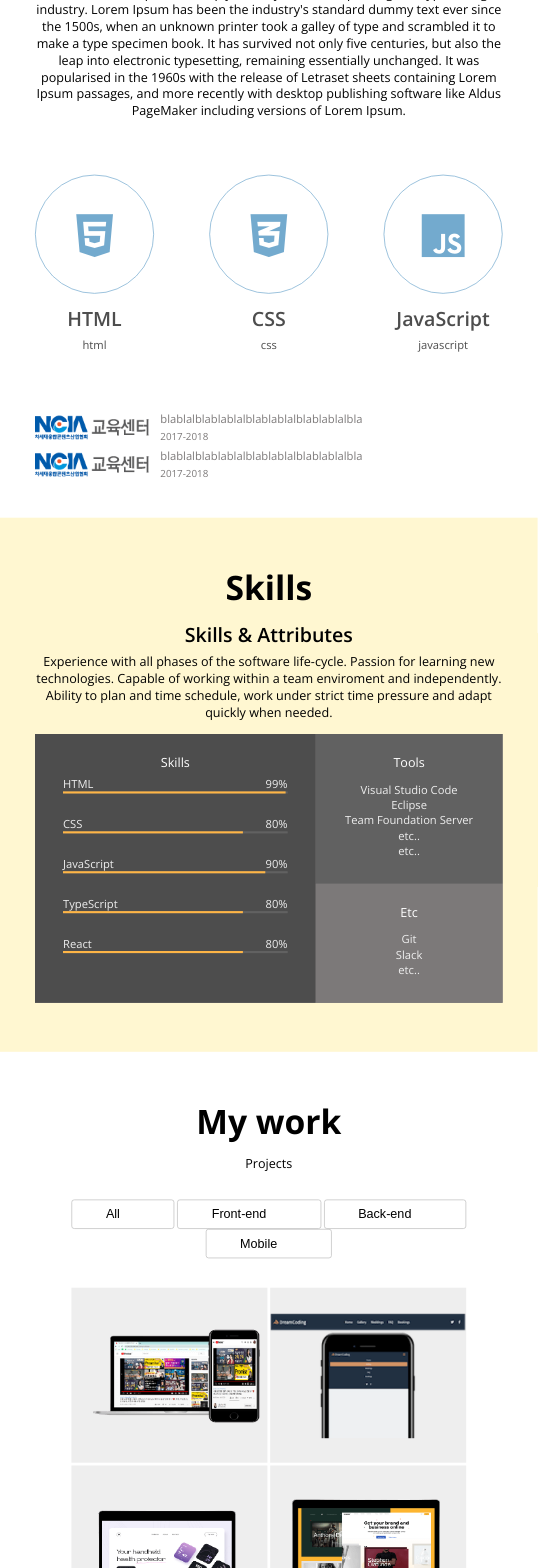
Repository: dhchun1203/Portfolio
Page: index.html
The author's editor kept a copy of each file at every save. The page is drawn from the files as they stood at one save, then again after the next save.
The browser window is 768 px wide. The pictures show the part of the page from y = 911 to 3151 px (the page is 5084 px tall before and 5592 px after), at 70% of full size.
Some web libraries are served in a nearby version.

Above is the page before, as saved 2020-12-08 23:12:57.

### index.html
<!DOCTYPE html>
<html lang="en">
	<head>
		<meta charset="UTF-8" />
		<meta name="viewport" content="width=device-width, initial-scale=1.0" />
		<title>Hwan's Portfolio</title>
		<meta
			name="description"
			content="portfolio for world-renowned software engineer Hwan"
		/>
		<meta name="author" content="Hwan" />
		<link rel="icon" type="image/png" href="imgs/favicon.png" />
		<script
			src="https://kit.fontawesome.com/8b98a99811.js"
			crossorigin="anonymous"
		></script>
		<link rel="preconnect" href="https://fonts.gstatic.com" />
		<link
			href="https://fonts.googleapis.com/css2?family=Open+Sans:wght@400;600;700&display=swap"
			rel="stylesheet"
		/>
		<link rel="stylesheet" href="style.css" />
		<script src="main.js" defer></script>
	</head>
	<body>
		<!-- Navbar -->
		<nav id="navbar">
			<div class="navbar__logo">
				<i class="fab fa-diaspora"></i>
				<a href="#">Hwan</a>
			</div>
			<div class="navbar__menu">
				<ul class="navbar__menu">
					<li class="navbar__menu__item active">Home</li>
					<li class="navbar__menu__item">About</li>
					<li class="navbar__menu__item">Skills</li>
					<li class="navbar__menu__item">My work</li>
					<li class="navbar__menu__item">Testimonials</li>
					<li class="navbar__menu__item">Contact</li>
				</ul>
			</div>
			<!-- Toggle button -->
			<button class="navbar__toggle-btn">
				<i class="fas fa-bars"></i>
			</button>
		</nav>
		<!-- Home -->
		<section id="home">
			<img class="home__avatar" src="imgs/profile.jpg" alt="profile" />

			<h1 class="home__title">Hello, <br />Let me introduce myself!</h1>

			<h2 class="home__description">
				A frontend Developer currently residing in Yongin, South Korea.
			</h2>
			<button class="home__contact">CONTACT ME</button>
		</section>
		<!-- About -->
		<section id="about" class="section section__container">
			<h1>About me</h1>
			<p>
				자기소개 Lorem Ipsum is simply dummy text of the printing and
				typesetting industry. Lorem Ipsum has been the industry's standard dummy
				text ever since the 1500s, when an unknown printer took a galley of type
				and scrambled it to make a type specimen book. It has survived not only
				five centuries, but also the leap into electronic typesetting, remaining
				essentially unchanged. It was popularised in the 1960s with the release
				of Letraset sheets containing Lorem Ipsum passages, and more recently
				with desktop publishing software like Aldus PageMaker including versions
				of Lorem Ipsum.
			</p>
			<div class="about__majors">
				<div class="major">
					<div class="major__icon"><i class="fab fa-html5"></i></div>
					<h2 class="major__title">HTML</h2>
					<div class="major__description">html</div>
				</div>
				<div class="major">
					<div class="major__icon"><i class="fab fa-css3-alt"></i></div>
					<h2 class="major__title">CSS</h2>
					<div class="major__description">css</div>
				</div>
				<div class="major">
					<div class="major__icon"><i class="fab fa-js"></i></div>
					<h2 class="major__title">JavaScript</h2>
					<div class="major__description">javascript</div>
				</div>
			</div>
			<!-- <div class="about__spec">
				<div class="about__spec__item">
					<img src="" alt="HtmlImage" />
					<h3>HTML</h3>
					<p>html</p>
				</div>
				<div class="about__spec__item">
					<img src="" alt="CssImage" />
					<h3>CSS</h3>
					<p>css</p>
				</div>
				<div class="about__spec__item">
					<img src="" alt="JavaScriptImage" />
					<h3>JavaScript</h3>
					<p>javascript</p>
				</div>
			</div> -->
			<div class="about__jobs">
				<div class="job">
					<img
						src="imgs/jobs/nciaedu_logo.png"
						alt="ncia logo"
						class="job__logo"
					/>
					<div class="job__description">
						<p class="job__name">blablalblablablalblablablalblablablalbla</p>
						<p class="job__period">2017-2018</p>
					</div>
				</div>
				<div class="job">
					<img
						src="imgs/jobs/nciaedu_logo.png"
						alt="ncia logo"
						class="job__logo"
					/>
					<div class="job__description">
						<p class="job__name">blablalblablablalblablablalblablablalbla</p>
						<p class="job__period">2017-2018</p>
					</div>
				</div>
			</div>
			<!-- <div class="career">
				<div class="career__item">
					<img class="career__image" src="" alt="career image" />
					<p>what's my career</p>
				</div>
				<div class="career__item">
					<img class="career__image" src="" alt="career image" />
					<p>what's my career</p>
				</div>
			</div> -->
		</section>
		<!-- Skills -->
		<section id="skills" class="section">
			<div class="section__container">
				<h1>Skills</h1>
				<h2>Skills & Attributes</h2>
				<p>
					Experience with all phases of the software life-cycle. Passion for
					learning new technologies. Capable of working within a team enviroment
					and independently. Ability to plan and time schedule, work under
					strict time pressure and adapt quickly when needed.
				</p>
				<div class="skillset">
					<div class="skillset__left">
						<h3 class="skillset__title">Skills</h3>
						<div class="skill">
							<div class="skill__description">
								<span>HTML</span>
								<span>99%</span>
							</div>
							<div class="skill__bar">
								<div class="skill__value" style="width: 99%"></div>
							</div>
						</div>
						<div class="skill">
							<div class="skill__description">
								<span>CSS</span>
								<span>80%</span>
							</div>
							<div class="skill__bar">
								<div class="skill__value" style="width: 80%"></div>
							</div>
						</div>
						<div class="skill">
							<div class="skill__description">
								<span>JavaScript</span>
								<span>90%</span>
							</div>
							<div class="skill__bar">
								<div class="skill__value" style="width: 90%"></div>
							</div>
						</div>
						<div class="skill">
							<div class="skill__description">
								<span>TypeScript</span>
								<span>80%</span>
							</div>
							<div class="skill__bar">
								<div class="skill__value" style="width: 80%"></div>
							</div>
						</div>
						<div class="skill">
							<div class="skill__description">
								<span>React</span>
								<span>80%</span>
							</div>
							<div class="skill__bar">
								<div class="skill__value" style="width: 80%"></div>
							</div>
						</div>
					</div>
					<div class="skillset__right">
						<div class="tools">
							<h3 class="skillset__title">Tools</h3>
							<ul class="tools__list">
								<li><span>Visual Studio Code</span></li>
								<li><span>Eclipse</span></li>
								<li><span>Team Foundation Server</span></li>
								<li><span>etc..</span></li>
								<li><span>etc..</span></li>
							</ul>
						</div>
						<div class="etc">
							<h3 class="skillset__title">Etc</h3>
							<ul class="etc__list">
								<li><span>Git</span></li>
								<li><span>Slack</span></li>
								<li><span>etc..</span></li>
							</ul>
						</div>
					</div>
				</div>
			</div>
		</section>
		<!-- Work -->
		<section id="work" class="section">
			<div class="section__container">
				<h1>My work</h1>
				<h3>Projects</h3>
				<div class="work__categories">
					<button class="category__btn selected" data-filter="*">
						All <span class="category__count">8</span>
					</button>
					<button class="category__btn" data-filter="front-end">
						Front-end <span class="category__count">3</span>
					</button>
					<button class="category__btn" data-filter="back-end">
						Back-end <span class="category__count">3</span>
					</button>
					<button class="category__btn" data-filter="mobile">
						Mobile <span class="category__count">2</span>
					</button>
				</div>
				<div class="work__projects">
					<a
						href="https://github.com/dhchun1203/DreamCoding_youtube-project"
						class="project"
						data-type="front-end"
						target="blank"
					>
						<img
							src="imgs/projects/project1.png"
							alt="youtube project thumbnail"
							class="project__img"
						/>
						<div class="project__description">
							<!--마우스를 올렸을 때 표시될 내용-->
							<h3>Youtube Site</h3>
							<span>Clone coding with HTML and CSS</span>
						</div>
					</a>
					<a
						href="https://github.com/dhchun1203/DreamCoding_youtube-project"
						class="project"
						data-type="front-end"
						target="blank"
					>
						<img
							src="imgs/projects/project2.png"
							alt="youtube project thumbnail"
							class="project__img"
						/>
						<div class="project__description">
							<h3>Project2</h3>
							<span>Fill in your own project</span>
						</div>
					</a>
					<a
						href="https://github.com/dhchun1203/DreamCoding_youtube-project"
						class="project"
						data-type="front-end"
						target="blank"
					>
						<img
							src="imgs/projects/project3.png"
							alt="youtube project thumbnail"
							class="project__img"
						/>
						<div class="project__description">
							<h3>Project3</h3>
							<span>Fill in your own project</span>
						</div>
					</a>
					<a
						href="https://github.com/dhchun1203/DreamCoding_youtube-project"
						class="project"
						data-type="back-end"
						target="blank"
					>
						<img
							src="imgs/projects/project4.png"
							alt="youtube project thumbnail"
							class="project__img"
						/>
						<div class="project__description">
							<h3>Project4</h3>
							<span>Fill in your own project</span>
						</div>
					</a>
					<a
						href="https://github.com/dhchun1203/DreamCoding_youtube-project"
						class="project"
						data-type="back-end"
						target="blank"
					>
						<img
							src="imgs/projects/project5.png"
							alt="youtube project thumbnail"
							class="project__img"
						/>
						<div class="project__description">
							<h3>Project5</h3>
							<span>Fill in your own project</span>
						</div>
					</a>
					<a
						href="https://github.com/dhchun1203/DreamCoding_youtube-project"
						class="project"
						data-type="mobile"
						target="blank"
					>
						<img
							src="imgs/projects/project6.png"
							alt="youtube project thumbnail"
							class="project__img"
						/>
						<div class="project__description">
							<h3>Project6</h3>
							<span>Fill in your own project</span>
						</div>
					</a>
					<a
						href="https://github.com/dhchun1203/DreamCoding_youtube-project"
						class="project"
						data-type="mobile"
						target="blank"
					>
						<img
							src="imgs/projects/project7.png"
							alt="youtube project thumbnail"
							class="project__img"
						/>
						<div class="project__description">
							<h3>Project7</h3>
							<span>Fill in your own project</span>
						</div>
					</a>
					<a
						href="https://github.com/dhchun1203/DreamCoding_youtube-project"
						class="project"
						data-type="mobile"
						target="blank"
					>
						<img
							src="imgs/projects/project8.png"
							alt="youtube project thumbnail"
							class="project__img"
						/>
						<div class="project__description">
							<h3>Project8</h3>
							<span>Fill in your own project</span>
						</div>
					</a>
				</div>
			</div>
		</section>
		<!-- Testimonial -->
		<section id="testimonials" class="section">
			<div class="section__container">
				<h1>Testimonials</h1>
				<h3>See what they say about me</h3>
				<div class="testimonials">
					<div class="testimonial">
						<img
							src="imgs/testimonial/people1.jpg"
							alt="People"
							class="testimonial__avatar"
						/>
						<div class="testimonial__speech-bubble">
							<p>
								Lorem Ipsum has been the industry's standard dummy text ever
								since the 1500s, when an unknown printer took a galley of type
								and scrambled it to make a type specimen book. It has survived
								not only five centuries, but also the leap into electronic
								typesetting, remaining essentially unchanged.
							</p>
							<p class="name"><a href="#">Sung jin</a> / Samsung</p>
						</div>
					</div>
					<div class="testimonial">
						<div class="testimonial__speech-bubble">
							<p>
								Lorem Ipsum has been the industry's standard dummy text ever
								since the 1500s, when an unknown printer took a galley of type
								and scrambled it to make a type specimen book. It has survived
								not only five centuries, but also the leap into electronic
								typesetting, remaining essentially unchanged.
							</p>
							<p class="name"><a href="#">Sung jin</a> / Samsung</p>
						</div>
						<img
							src="imgs/testimonial/people1.jpg"
							alt="People"
							class="testimonial__avatar"
						/>
					</div>
				</div>
			</div>
		</section>
		<!-- Contact -->
		<section id="contact" class="section">
			<h1 class="contact__title">Let's talk</h1>
			<h2 class="contact__email">dhchun1203@gmail.com</h2>
			<div class="contact__links">
				<a href="https://github.com/dhchun1203" target="blank">
					<i class="fab fa-github"></i>
				</a>
				<a
					href="https://www.facebook.com/profile.php?id=100010406657545"
					target="blank"
				>
					<i class="fab fa-facebook"></i>
				</a>
			</div>
			<p class="contact__rights">
				2020 Dream Coding Hwan - All rights reserved
			</p>
		</section>
	</body>
</html>

### style.css
/* Global */
:root {
	/* Color */
	--color-white: #ffffff;
	--color-light-white: #eeeeee;
	--color-dark-white: #bdbdbd;
	--color-pink: #fe918d;
	--color-dark-pink: #ff6863;
	--color-dark-grey: #4d4d4d;
	--color-grey: #616161;
	--color-light-grey: #7c7979;
	--color-blue: #73aace;
	--color-yellow: #fff7d1;
	--color-orange: #feb546;
	--color-black: #000000;

	/* Font size */
	--font-large: 48px;
	--font-medium: 28px;
	--font-regular: 18px;
	--font-small: 16px;
	--font-micro: 14px;

	/* Font weight */
	--weight-bold: 700;
	--weight-semi-bold: 600;
	--weight-regular: 400;

	/* Size */
	--size-border-radius: 4px;

	/* Animation */
	--animation-duration: 300ms;
}

/* Universal tags */
* {
	box-sizing: border-box;
}
body {
	margin: 0;
	font-family: "Open Sans", sans-serif;
	cursor: default;
}
a {
	text-decoration: none;
	color: var(--color-white);
}
ul {
	padding-left: 0;
}
li {
	list-style: none;
}
button {
	background-color: transparent;
	cursor: pointer;
	border: none;
	outline: none;
}

/* Typography(header) */
h1 {
	font-size: var(--font-large);
	font-weight: var(--weight-bold);
	color: var(--color-black);
	margin: 16px 0;
}
h2 {
	font-size: var(--font-medium);
	font-weight: var(--weight-semi-bold);
	color: var(--color-black);
	margin: 8px 0;
}
h3 {
	font-size: var(--font-regular);
	font-weight: var(--font-regular);
	color: var(--color-black);
	margin: 8px 0;
}
p {
	font-size: var(--font-regular);
	font-weight: var(--font-regular);
	color: var(--color-black);
	margin: 4px 0;
}

/* Navbar */
#navbar {
	display: flex;
	justify-content: space-between;
	align-items: center;
	background-color: var(--color-pink);
	color: var(--color-white);
	padding: 16px;
}
.navbar__menu {
	display: flex;
}
.navbar__logo {
	font-size: var(--font-medium);
	font-weight: var(--weight-semi-bold);
}
.navbar__menu__item {
	padding: 8px 12px;
	margin: 0 4px;
	cursor: pointer;
	border-radius: var(--size-border-radius);
}
.navbar__menu__item.active {
	border: 1px solid var(--color-white);
	border-radius: var(--size-border-radius);
}
.navbar__menu__item:hover {
	background-color: var(--color-dark-pink);
}
.navbar__toggle-btn {
	position: absolute;
	right: 32px;
	top: 24px;
	font-size: 24px;
	color: var(--color-white);
	display: none;
}
/* Home */
#home {
	background: url("imgs/home-background.png.png") center/cover no-repeat;
	padding: 40px;
	text-align: center;
}
.home__avatar {
	width: 200px;
	height: 250px;
	border-radius: 50%;
	border: 2px solid var(--color-light-white);
}
.home__title,
.home__description {
	color: var(--color-white);
}
.home__contact {
	color: var(--color-white);
	font-size: var(--font-regular);
	font-weight: var(--weight-bold);
	margin: 24px;
	padding: 8px 12px;
	border: 2px solid var(--color-white);
	border-radius: var(--size-border-radius);
}

/* Section common */
.section {
	text-align: center;
	padding: 50px;
	margin: auto;
}
.section__container {
	max-width: 1200px;
	margin: auto;
}

/* About */
.about__majors {
	display: flex;
	justify-content: space-between;
	margin: 80px 0;
}
.major__icon {
	width: 170px;
	height: 170px;
	font-size: 70px;
	line-height: 170px;
	margin: auto;
	border: 1px solid var(--color-blue);
	border-radius: 50%;
	margin-bottom: 16px;
	color: var(--color-blue);
}
.major__icon i {
	transition: all var(--animation-duration) ease;
}
.major__icon:hover i {
	color: var(--color-pink);
	transform: rotate(-30deg) scale(1.1);
}
.major__title,
.major__description {
	color: var(--color-dark-grey);
}
.major__description {
	font-size: var(--font-small);
}
.job {
	display: flex;
	align-items: center;
}
.job__description {
	margin: 0 16px;
	text-align: left;
}
.job__name,
.job__period {
	color: var(--color-light-grey);
}
.job__name {
	font-size: var(--font-small);
}
.job__period {
	font-size: var(--font-micro);
}

/* Skill */
#skills {
	background-color: var(--color-yellow);
}
.skillset {
	color: var(--color-light-white);
	display: flex;
	background-color: var(--color-light-grey);
	margin: 20px 0;
}
.skillset__title {
	color: var(--color-white);
}
.skillset__left {
	flex-basis: 60%;
	background-color: var(--color-dark-grey);
	padding: 20px 40px;
}
.skill {
	margin-bottom: 32px;
}
.skill__description {
	display: flex;
	justify-content: space-between;
}
.skill__bar {
	width: 100%;
	height: 3px;
	background-color: var(--color-grey);
}
.skill__value {
	height: 3px;
	background-color: var(--color-orange);
}
.skillset__right {
	flex-basis: 40%;
}
.tools {
	background-color: var(--color-grey);
}
.tools,
.etc {
	padding: 20px;
}
.etc {
	background-color: var(--color-light-grey);
}

/* Work */
.work__categories {
	margin: 40px;
}
.category__btn {
	border: 1px solid var(--color-dark-white);
	border-radius: var(--size-border-radius);
	font-size: var(--font-regular);
	padding: 8px 48px;
}
.category__btn.active,
.category__btn:hover {
	background-color: var(--color-pink);
	color: var(--color-white);
}
.category__btn.active .category__count,
.category__btn:hover .category__count {
	opacity: 1;
	top: 0;
}
.category__count {
	background-color: var(--color-orange);
	border-radius: 50%;
	color: var(--color-white);
	width: 24px;
	height: 24px;
	line-height: 24px;
	display: inline-block;
	position: relative;
	top: -20px;
	left: 4px;
	opacity: 0;
	transition: all var(--animation-duration) ease-in;
}
.work__projects {
	display: flex;
	flex-wrap: wrap;
	justify-content: center;
}
.project {
	position: relative;
	display: flex;
	justify-content: center;
	align-items: center;
	width: 280px;
	height: 250px;
	margin: 2px;
	background-color: var(--color-light-white);
}
.project__img {
	max-width: 100%;
	max-height: 100%;
	align-self: center;
}
.project__description {
	position: absolute;
	background-color: black;
	display: flex;
	flex-direction: column;
	justify-content: center;
	width: 100%;
	height: 100%;
	top: 0;
	left: 0;
	opacity: 0;
	transform: translateY(10px);
	transition: all var(--animation-duration) ease-in;
}
.project:hover .project__description {
	opacity: 0.8;
	transform: translateY(0px);
}
.project__description h3 {
	color: var(--color-white);
}
.project__description h3:after {
	content: "";
	display: block;
	position: relative;
	left: 50%;
	width: 25px;
	height: 2px;
	margin-left: -12px;
	margin-top: 8px;
	background-color: var(--color-dark-white);
}

/* Testimonial */
#testimonials {
	background-color: var(--color-light-white);
}
.testimonials {
	margin: 40px;
}
.testimonial {
	display: flex;
	margin: 32px 0;
}
.testimonial__avatar {
	width: 150px;
	height: 150px;
	border-radius: 50%;
}
.testimonial__avatar:nth-child(odd) {
	margin-right: 40px;
}
.testimonial__avatar:nth-child(even) {
	margin-left: 40px;
}
.testimonial__speech-bubble {
	padding: 18px;
	background-color: var(--color-white);
	border-radius: var(--size-border-radius);
}
.testimonial__speech-bubble p {
	color: var(--color-light-grey);
}
.testimonial__speech-bubble a {
	color: var(--color-pink);
}

/* Contact */
#contact {
	background-color: var(--color-pink);
}
.contact__title,
.contact__email,
.contact__rights {
	color: var(--color-white);
}
.contact__title {
	margin: 32px 0;
}
.contact__links {
	font-size: var(--font-large);
	margin: 24px 0;
}
.contact__links i {
	transition: all calc(var(--animation-duration) / 2) ease-in;
}
.contact__links i:hover {
	transform: scale(1.2);
	color: var(--color-yellow);
}

@media screen and (max-width: 768px) {
	.navbar__toggle-btn {
		display: block;
	}
	#navbar {
		flex-direction: column;
		align-items: flex-start;
	}
	.navbar__menu {
		flex-direction: column;
		text-align: center;
		width: 100%;
		display: none;
	}
}

Loaded but not shown: main.js (no copy from this time; the picture is the same without it)

After the next save:
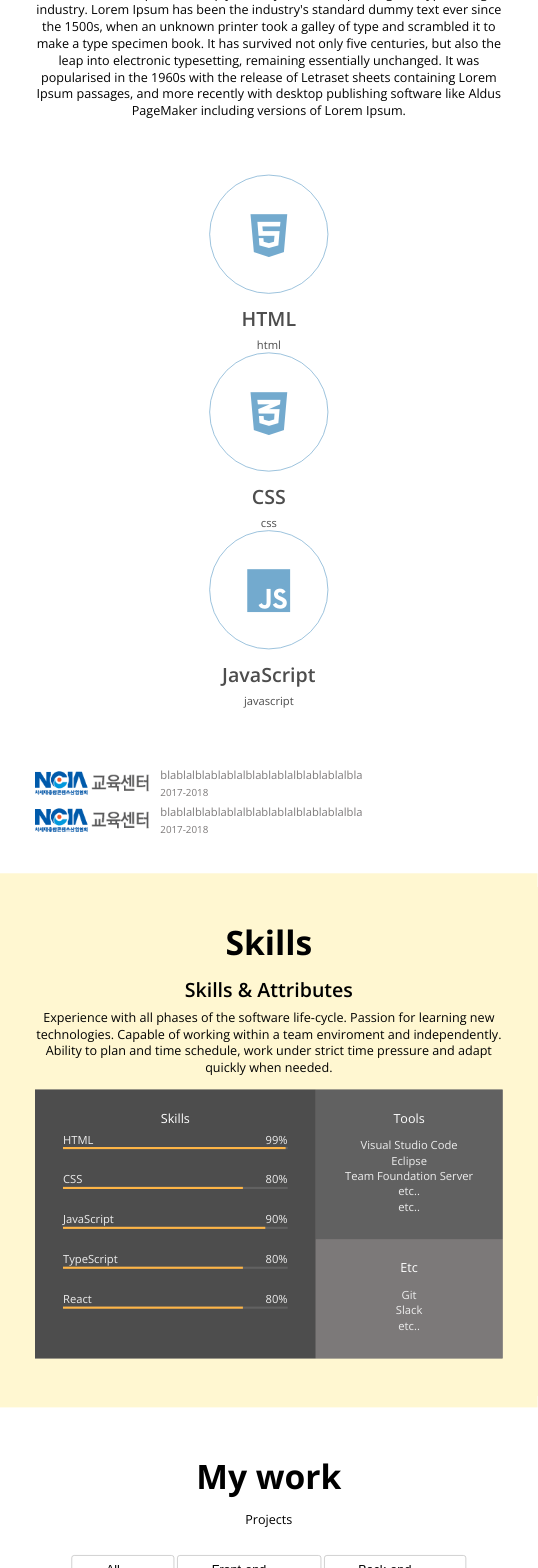
Saved 5 min 30 s later.
--- a/style.css
+++ b/style.css
@@ -416,4 +416,7 @@
 		width: 100%;
 		display: none;
 	}
-}
+	.about__majors {
+		flex-direction: column;
+	}
+}
